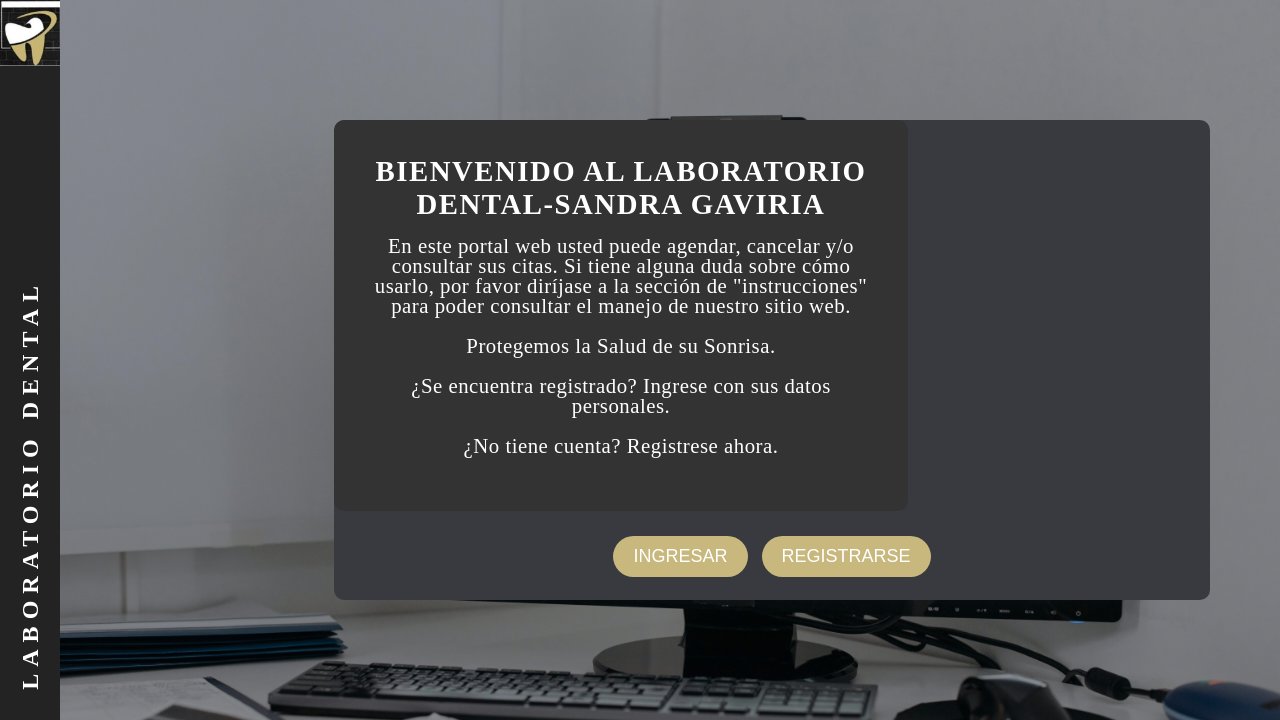
Repository: IIntef/ProyectoDental2.0
Page: Proyecto/Proyecto/Fer.html
An editor plug-in stored every save of this project. The page is shown before and after the next save, followed by the edit.
The browser window is 1280 px wide. The pictures show the whole page.

Above is the page before, as saved 2024-06-14 16:45:11.

After the next save:
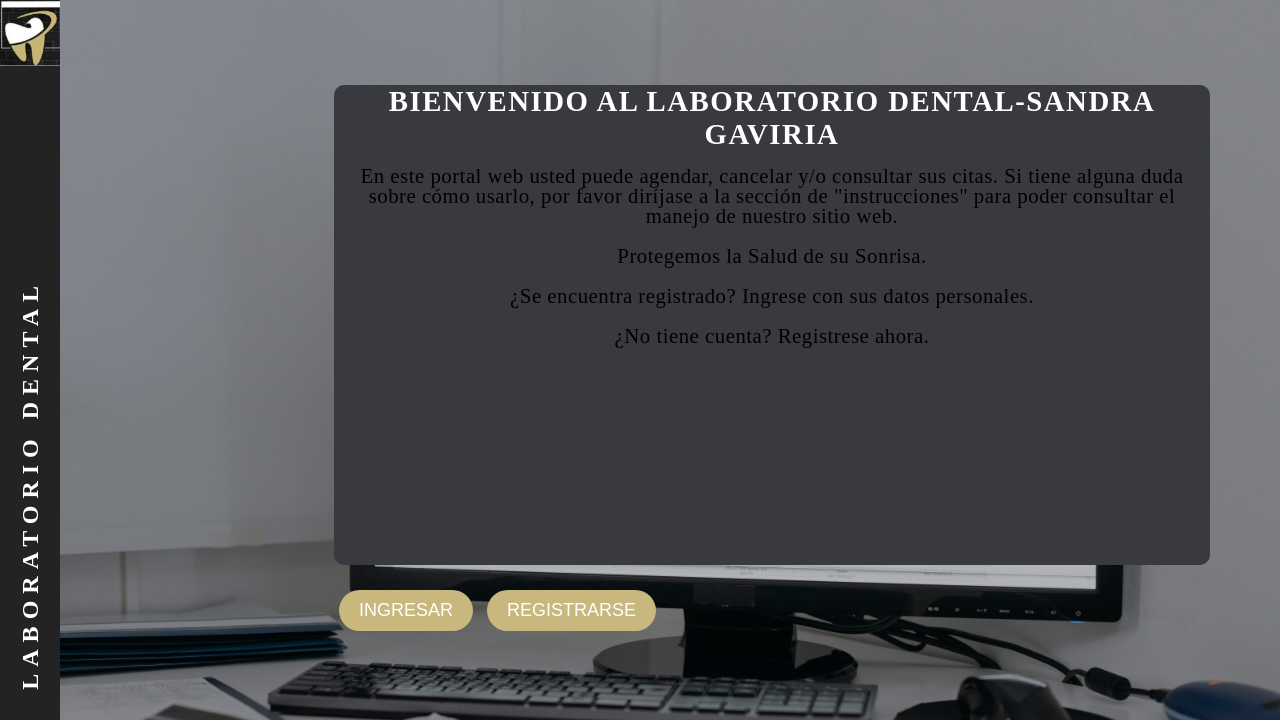
Saved 39 s later.
--- a/Proyecto/Proyecto/Fer.html
+++ b/Proyecto/Proyecto/Fer.html
@@ -13,7 +13,6 @@
     </header>
     <main>
         <div class="container">
-        <div class="CajadeBienvenida">
         <h2>BIENVENIDO AL LABORATORIO DENTAL-SANDRA GAVIRIA</h2>
         <P>En este portal web usted puede agendar, cancelar y/o consultar sus citas. Si tiene alguna duda sobre cómo usarlo, por favor diríjase a la sección de "instrucciones" para poder consultar el manejo de nuestro sitio web.</P>
         <p>Protegemos la Salud de su Sonrisa.</p>
@@ -24,7 +23,6 @@
         <button id="ingresar">INGRESAR</button>
         <button id="registrarse">REGISTRARSE</button>
         </div>
-        </div>
     </main>
 </body>
 </html>
